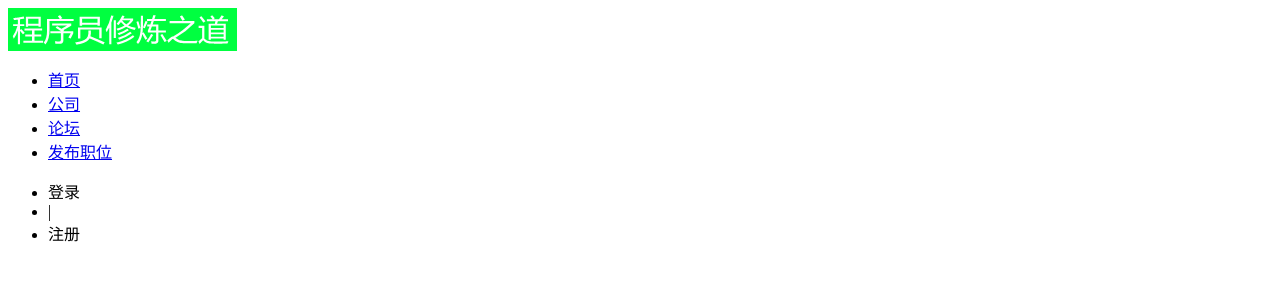
Repository: honglei92/javaweb_EE
Page: apple/WebContent/index.html
These files come from the project's save history. The page is drawn as it stood at one moment and after the next save; the edit follows.
The browser window is 1280 px wide. The pictures show the whole page.

Above is the page before, as saved 2013-09-01 10:03:54.

### apple/WebContent/index.html
<!DOCTYPE html PUBLIC "-//W3C//DTD HTML 4.01 Transitional//EN" "http://www.w3.org/TR/html4/loose.dtd">
<html xmlns:wb=“http://open.weibo.com/wb”>
<head>
<link rel="Shortcut Icon" href="images/favicon.ico">
<meta http-equiv="Content-Type" content="text/html; charset=UTF-8">
<title>&nbsp;王宏雷-致力成为注重实效的程序员</title>
<script src="http://tjs.sjs.sinajs.cn/open/api/js/wb.js" type="text/javascript" charset="utf-8"></script>
</head>
<body>
	<div id="body">
		<div id="header">
			<div class="wrapper">
				<a href="/" class="logo"> <img src="iamges/logo.png" width="229"
					height="43">
				</a>

				<ul class="reset" id="navheader">
				<li class="current"><a href="/">首页</a></li>
				<li><a href="/c/companylist.html">公司</a></li>
				<li><a href="/forum/list.html">论坛</a></li>
				<li><a href="/jobs/add.html">发布职位</a></li>
				</ul>

				<ul class="loginTop">
				<li>登录</li>
				<li>|</li>
				<li>注册</li>
				</ul>

				<wb:follow-button uid="1801806580" type="red_1" width="67" height="24" id="wbfocus"></wb:follow-button>
				<script type="text/javascript">

				</script>
			</div>
		</div>

		<div id="container"></div>
		<div id="footer"></div>
	</div>
</body>
</html>

After the next save:
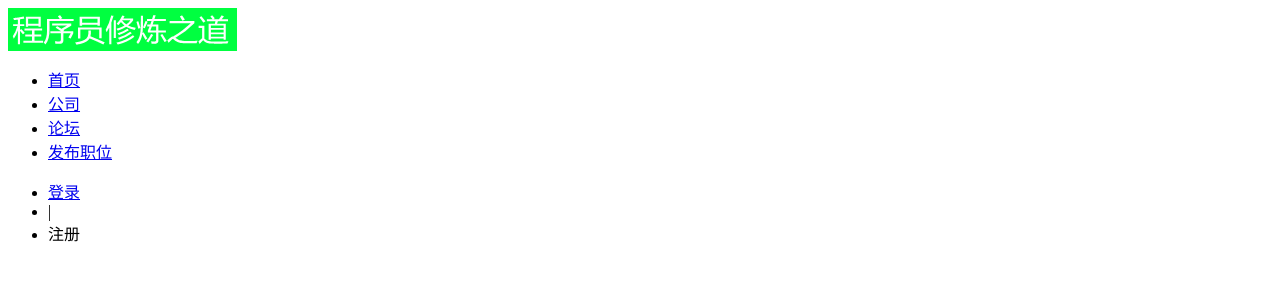
Saved 33 s later.
--- a/apple/WebContent/index.html
+++ b/apple/WebContent/index.html
@@ -22,7 +22,7 @@
 				</ul>
 
 				<ul class="loginTop">
-				<li>登录</li>
+				<li><a href="/login.html" rel="nofollow">登录</a></li>
 				<li>|</li>
 				<li>注册</li>
 				</ul>
